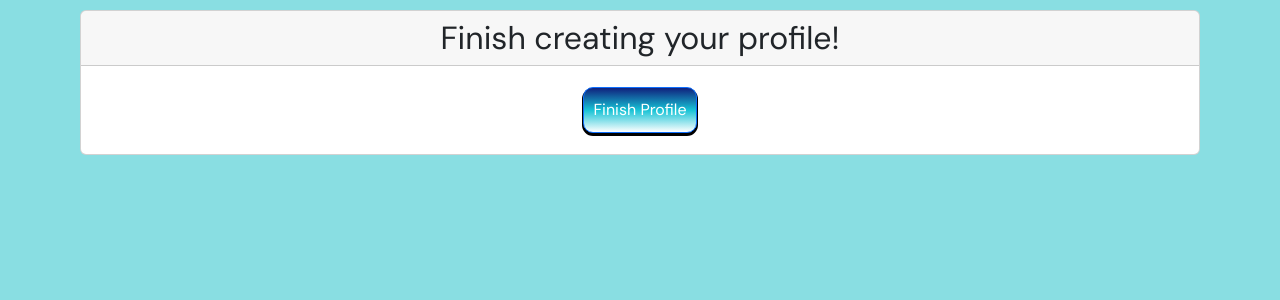
Repository: aiodell/my-glucose-checkup
Page: /me (app in client/)
An editor plug-in stored every save of this project. The page is shown before and after the next save, followed by the edit.
The browser window is 1280 px wide. The pictures show the whole page.
The page's requests for data from a server got no answer. The project was rebuilt for these pictures with package versions that can differ from the ones it lists, and the page was loaded fresh each time. No one was signed in, and anything a server would have sent is missing. Also part of the build but not shown: client/src/components/Login.js, client/src/components/Signup.js, client/src/components/Dashboard.js, client/src/components/AllReadings.js, client/src/components/NewReading.js, client/src/components/Home.js, client/src/components/BglUpdateForm.js, client/src/components/BglEventDetails.js and 8 more.

Above is the page before, as saved 2022-10-06 07:01:31.

### client/src/index.js
import React from 'react';
import ReactDOM from 'react-dom/client';
import {BrowserRouter as Router} from "react-router-dom";
import 'bootstrap/dist/css/bootstrap.min.css';
import App from './App';

const root = ReactDOM.createRoot(document.getElementById('root'));
root.render(
  <React.StrictMode>
  <Router>
    <App />
  </Router>
  </React.StrictMode>
);

### client/src/App.js
import { useState, useEffect } from "react"
import { Switch, Route, useHistory } from "react-router-dom"
import NavBar from "./components/NavBar"
import Login from "./components/Login"
import Signup from "./components/Signup"
import Dashboard from "./components/Dashboard"
import AllReadings from "./components/AllReadings"
import NewReading from "./components/NewReading"
import Home from "./components/Home"
import BglEventDetails from "./components/BglEventDetails"
import NewBglEvent from "./components/NewBglEvent"
import Events from "./components/Events"
import UserProfile from "./components/UserProfile"
import CreateProfile from "./components/CreateProfile"
import AllUsers from "./components/AllUsers"
import './styles.css'

const App = () => {
  const [currentUser, setCurrentUser] = useState("")
  const [readings, setReadings] = useState([])
  const [events, setEvents] = useState([])
  const [users, setUsers] = useState([])
  const [following, setFollowing] = useState([])
  const history = useHistory()

  useEffect( () => {
    fetch(`/auto-login`)
    .then((r) => {
      if (r.ok) {
        r.json().then((user) => setCurrentUser(user))
      }else{
        history.push("/login")
      }
    })
  }, [ ])

	useEffect(() => {
		fetch("/events")
		.then((r) => r.json())
		.then(setEvents)
	}, [])

  useEffect(() => {
		fetch("/bgls")
		.then((r) => r.json())
		.then(setReadings)
	}, [])

  useEffect(() => {
    fetch("/users")
    .then((r) => r.json())
    .then(setUsers)
  }, [])

  useEffect(() => {
    fetch("/relationships")
    .then((r) => r.json())
    .then(setFollowing)
  }, [])

  const updateUser = (user) => setCurrentUser(user)

  const addNewReading = (newReading) => {setReadings(readings => [...readings, newReading])}

  const deleteReading = (deletedReading) => {
    setReadings((readings) => readings.filter((reading) => reading.id !== deletedReading))
  }

  const deleteEvent = (deletedEvent) => {
    setEvents((events) => events.filter((event) => event.id !== deletedEvent))
  }

  const updateBgl = (updatedBgl) => {
    setReadings((readings) => readings.map(bgl => bgl.id === updatedBgl.id ? updatedBgl : bgl))
  }

  // add follower to list
  const addNewFollow = (newFollow) => {
    setFollowing(following => [...following, newFollow])
    const copyOfCurrentUser = {...currentUser}
    copyOfCurrentUser.followees.push(newFollow)
    setCurrentUser(copyOfCurrentUser)
  }

  // delete follower from the list
  const deleteFollow = (deletedFollow) => {
    setFollowing((following) => following.filter((following) => following.id !== deletedFollow))
  }

  const removeCurrentFollowing = (deletedFollowee) => {
    const copyOfCurrentUser = {...currentUser}
    copyOfCurrentUser.followees = copyOfCurrentUser.followees.filter(followee => followee.followee_id !== deletedFollowee.followee_id)
    setCurrentUser(copyOfCurrentUser)
  }

   return (
   <div>
    <NavBar
      currentUser = {currentUser}
      updateUser = {updateUser}
    />
    <Switch>
      <Route exact path = "/login">
        <Login updateUser = {updateUser}/>
      </Route>
      <Route exact path = "/signup">
        <Signup />
      </Route>
      <Route exact path = "/dashboard">
        <Dashboard
        currentUser = {currentUser}
        readings = {readings}
        setReadings = {setReadings}
        following = {following}  // will be used to display the highs and lows of a user being followed
        users = {users}
        />
      </Route>
      <Route exact path= "/bgls/all">
        <AllReadings
        readings = {readings}
        setReadings = {setReadings}
        />
      </Route>
      <Route exact path= "/bgls/new">
        <NewReading addNewReading= {addNewReading} />
      </Route>
      <Route exact path= "/bgls/:id/">
        <BglEventDetails
          updateBgl = {updateBgl}
          deleteReading= {deleteReading}
          readings = {readings}
        />
      </Route>
      <Route exact path="/bgls/:id/bgl_events/new">
        <NewBglEvent events= {events}/>
      </Route>
      <Route exact path="/events">
        <Events
          deleteEvent = {deleteEvent}
          events = {events}
          setEvents = {setEvents}
        />
      </Route>
      <Route exact path= "/me">
        <UserProfile
        currentUser = {currentUser}
        users = {users}
        />
      </Route>
      <Route exact path = "/create-profile">
        <CreateProfile />
      </Route>
      <Route exact path= "/users">
        <AllUsers
        currentUser = {currentUser}
        users = {users}
        addNewFollow = {addNewFollow}
        deleteFollow = {deleteFollow}
        removeCurrentFollowing ={removeCurrentFollowing}
        />
      </Route>
      <Route exact path="/">
        <Home
        currentUser = {currentUser}
        setCurrentUser = {setCurrentUser}/>
      </Route>
    </Switch>
   </div>
  )
}

export default App;

### client/src/components/NavBar.js
import { useHistory, NavLink } from 'react-router-dom'
import Container from "react-bootstrap/Container"
import Nav from 'react-bootstrap/Nav';
import Navbar from 'react-bootstrap/Navbar';
import '../styles.css';

const NavBar = ({updateUser, currentUser}) => {
	const history = useHistory()

	// log out only available when logged in
	const handleLogout = (e) => {
		fetch(`/logout`, {
			method: 'DELETE'
		})
		.then(() => {
			updateUser("")
			history.push('/')
		})
	}

	return(
		<>
		{currentUser ?
			<Navbar bg="dark" variant="dark" expand="lg">
			<Container className="nav-bar">
				<Navbar.Brand>My Glucose Checkup</Navbar.Brand>
				<Navbar.Toggle aria-controls="basic-navbar-nav" />
				<Navbar.Collapse id="basic-navbar-nav"></Navbar.Collapse>
					<Nav className="me-auto">
						<NavLink className="nav-link" to="/dashboard">
							<Nav.Item>Dashboard</Nav.Item>
						</NavLink>
						<NavLink className="nav-link" to="/bgls/all">
							<Nav.Item>My BGLs</Nav.Item>
						</NavLink>
						<NavLink className="nav-link" to="/bgls/new">
							<Nav.Item>New Reading</Nav.Item>
						</NavLink>
						<NavLink className="nav-link" to="/me">
							<Nav.Item>My Account</Nav.Item>
						</NavLink>
						<NavLink className="nav-link" to="/users">
							<Nav.Item>All Users</Nav.Item>
						</NavLink>
						<Nav.Link onClick={handleLogout}>Logout</Nav.Link>
					</Nav>
			</Container>
		</Navbar> : null }
		</>
	)
}

export default NavBar

### client/src/components/UserProfile.js
import Button from "react-bootstrap/Button"
import {NavLink, useHistory } from "react-router-dom"
import Container from "react-bootstrap/Container"
import Card from 'react-bootstrap/Card';
import Accordion from "react-bootstrap/Accordion"

const UserProfile = ({currentUser}) => {

	const renderFollowing = currentUser.followees?.map((user) => {
		return(
			<Card>
				<Card.Title>{user.first_name} {user.last_name}</Card.Title>
				<Card.Text></Card.Text>
			</Card>
		)
	})

	return(
		<div>
			{currentUser.has_profile ?
			<Container className="profile-container">
				<Card className= "user-profile">
					<Card.Header as="h2">Hello {currentUser.first_name}!</Card.Header>
					<Card.Body>
						<Card.Title className="card-title">Personal Information</Card.Title>
					</Card.Body>
					<Card.Body>
						<Card.Text className="body-1"><b>Full Name: </b>{currentUser.first_name} {currentUser.last_name}</Card.Text>
						<Card.Text className="body-2"><b>Date of birth: </b>{currentUser.profile.month} / {currentUser.profile.day} / {currentUser.profile.year}</Card.Text>
						<Card.Text><b>Email: </b>{currentUser.email}</Card.Text>
						<Card.Text><b>Phone Number: </b>{currentUser.profile.phone}</Card.Text>
					</Card.Body>
				</Card>
				{/* who the user is following */}
				<Accordion as={Card} className= "user-profile">
					<Accordion.Header as="h2" className="follow-header">
						Following
					</Accordion.Header>
					<Accordion.Body>{renderFollowing}</Accordion.Body>
				</Accordion>
			</Container>
			:
				<Container className="container-style">
				<Card className= "user-profile">
				<Card.Header as="h2">Finish creating your profile!</Card.Header>
					<Card.Body>
						<NavLink to="/create-profile">
							<Button className="btns">Finish Profile</Button>
						</NavLink>
					</Card.Body>
				</Card>
				</Container>
			}
		</div>
	)
}

export default UserProfile

### client/src/styles.css
@import url('https://fonts.googleapis.com/css2?family=DM+Sans&display=swap');
@import url('https://fonts.googleapis.com/css2?family=Carter+One&family=DM+Sans&display=swap');

body {
  font-family: 'DM Sans', sans-serif;
  background-color:	#89dee2;
  margin: 0px;
}

/*Universal */
.btns {
  background-image: linear-gradient(#10217d, #16c2d5,#ffffff);
  color: rgb(255, 255, 255);
  padding: 10px;
  margin: 5px;
  text-align: center;
  border-radius: 10px;
  box-shadow: 0px 2px 0px 1px black;
  text-decoration: none;
}

.container-style{
  text-align: center;
  padding: 10px;
  position: relative;
}

.navbar-brand{
  font-family: 'Carter One', cursive;
  font-size: 2rem;
  text-align:left
}

/*Home Page */
.Home {
  text-align: center;
}

.home-background {
  background-color: #88c7b2;
  min-height: 100vh;
  display: flex;
  flex-direction: column;
  align-items: center;
  justify-content: center;
  font-size: calc(10px + 2vmin);
  color: white;
}

.welcome {
  font-family: 'Carter One', cursive;
  text-shadow: 2px 2px black;
  text-align: center;
}

.home-btn-div {
  align-content: center;
}

/*Forms */
.form-style{
  margin-top: 100px;
  border-radius: 20px;
  box-shadow: 0px 2px 0px 1px black;
  background-image: linear-gradient(#67eabe, #ffffff);
  color: rgb(0, 0, 0);
}
.title{
  padding: 20px;
  position: relative;
}

/*Dashbord */
.dash-container{
  margin-top: 100px;
  padding: 20px;
  background-image: linear-gradient(#67eabe, #ffffff);
  border-radius: 25px;
  position: relative;
}

.current-bgl{
  border-radius: 50%;
  height: 150px;
  width: 150px;
  vertical-align: middle;
  left: 44%;
  position: relative;
  box-shadow: 2px 2px 2px 2px black;
  background-image: linear-gradient(#67eabe, #ffffff);
}

.current-txt{
  text-align: center;
  font-size: 4rem;
  padding-top: 40px;
  padding-left: 5px;
  position: relative;
}

.low-high-avg{
  padding: 20px;
  position: relative;
}

.dash-title{
  font-family: 'Carter One', cursive;
  text-shadow: 2px 2px 2px black;
  color: white
}

/*Events */

.list{
  list-style: none;
  padding: 5px;
  font-size: 150%;
}

.event-container-style{
  text-align: center;
  padding: 10px;
  position: relative;
  margin: 5px;
}

.delete-btn{
  background-image: linear-gradient(#67eabe, #ffffff);
  color: rgb(0, 0, 0);
  padding: 5px;
  margin: 5px;
  text-align: center;
  box-shadow: 0px 2px 0px 1px black;
  text-decoration: none;
}
.event-card{
  vertical-align: middle;
  left: 39%;
  position: relative;
}

/*All bgls*/
.all-bgl-container-style{
  align-content: center;
  margin-top: 20px;
  text-align: center;
  display: relative;
  position:relative;
  max-width: 50%;
}

.link-text-style{
  text-decoration: none;
}

.pages {
  display: flex;
  justify-content: center;
  margin-top: 20px;
}

.bgl-card{
  margin: 10px;
  text-decoration: none;
  color: black;
  box-shadow: 0px 2px 0px 2px black;
}

.card-title{
  font-size: 150%;
}

.search {
  width: 50%;
  text-align: center;

  position: relative;
  display: block;
  margin: auto;
  padding: 2rem;
}

.searchTerm {
  text-align: center;
  width: 100%;
  border: 3px solid #004e59;
  padding: 5px;
  height: 3rem;
  border-radius: 5px;
  outline: none;
  font-size: 1.5rem;
}

/* Profile Completion Form */
.form-title{
  text-align: center;
  margin-top: 15px;
}

.profile-completion{
  text-align: center;
  padding: 15px;
  margin: 10px;
  box-shadow: 1px 2px 0px 1px black;
  background-image: linear-gradient(#eaeaea, #ffffff);
  color: rgb(0, 0, 0);
}

.profile-label{
  margin-bottom: 5px;
  margin-top: 10px;
}

.form-check{
  margin-top: 5px
}

/*profile container*/
.profile-container{
  align-content: center;
  margin-top: 20px;
  text-align: center;
  display: relative;
  position:relative;
  max-width: 50%;
}

Loaded but not shown: client/public/index.html (common file)

After the next save:
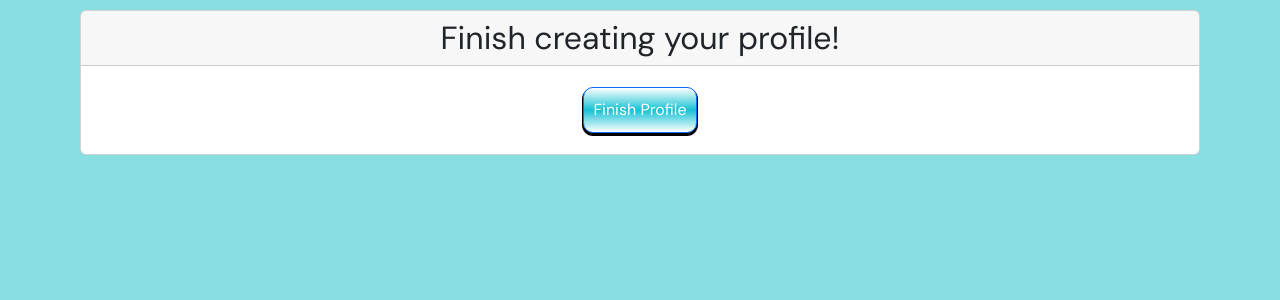
Saved 10 s later.
--- a/client/src/styles.css
+++ b/client/src/styles.css
@@ -9,7 +9,7 @@ body {
 
 /*Universal */
 .btns {
-  background-image: linear-gradient(#10217d, #16c2d5,#ffffff);
+  background-image: linear-gradient(#ffffff, #16c2d5,#ffffff);
   color: rgb(255, 255, 255);
   padding: 10px;
   margin: 5px;
